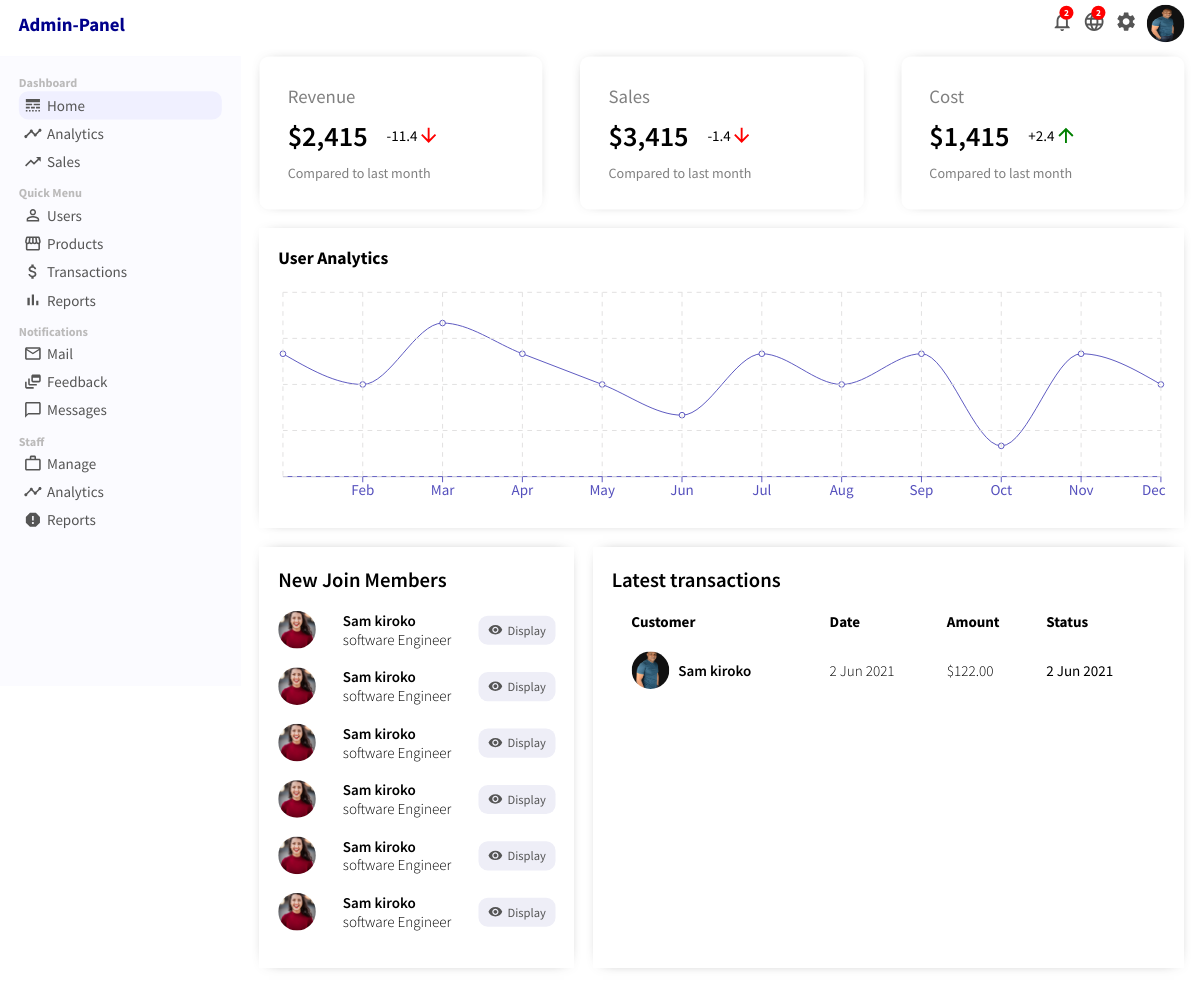
Repository: Samkiroko/admin-panel-ui
Page: /newUser
The author's editor kept a copy of each file at every save. The page is drawn from the files as they stood at one save, then again after the next save.
The browser window is 1280 px wide. The pictures show the whole page, at 94% of full size.
The project was rebuilt for these pictures with package versions that can differ from the ones it lists, and the page was loaded fresh each time.

Above is the page before, as saved 2021-09-22 22:18:54.

After the next save:
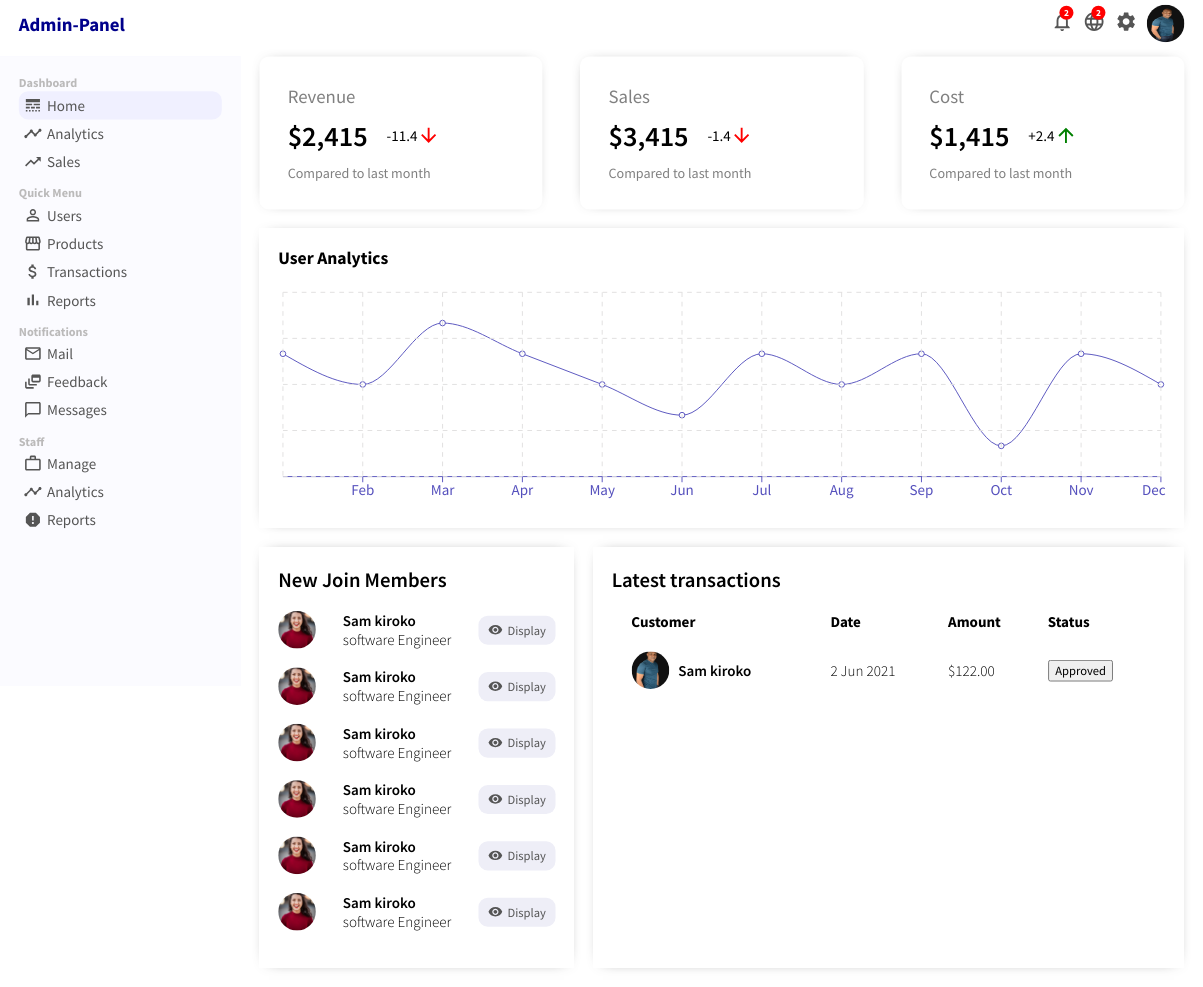
Saved 24 s later.
--- a/src/components/widgetLg/WidgetLg.js
+++ b/src/components/widgetLg/WidgetLg.js
@@ -24,7 +24,9 @@ const WidgetLg = () => {
           </td>
           <td className='widgetLgDate'>2 Jun 2021</td>
           <td className='widgetLgAmount'>$122.00</td>
-          <td className='widgetLgStatus'>2 Jun 2021</td>
+          <td className='widgetLgStatus'>
+            <Button type='Approved' />
+          </td>
         </tr>
       </table>
     </div>
